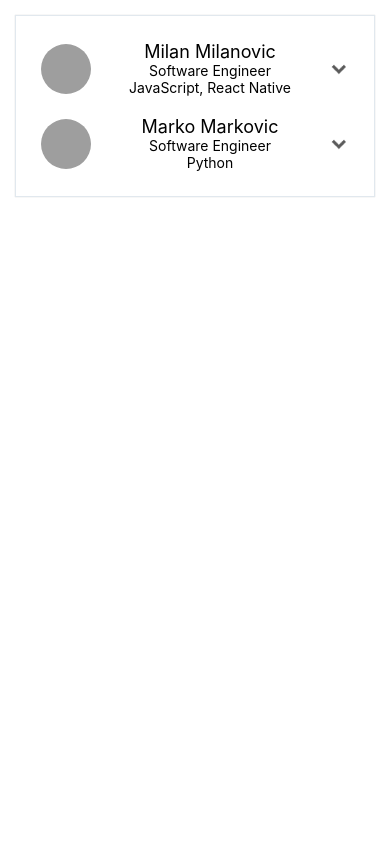
Repository: likanbl/intern-feature
Screen: /
The author's editor kept a copy of each file at every save. The screen is drawn from the files as they stood at one save, then again after the next save.
Pictures or frames that could not be fetched are drawn as grey boxes. The app was drawn by React Native's web renderer in a window 390 px wide. The project was rebuilt for these pictures with package versions that can differ from the ones it lists, and the page was loaded fresh each time.

Above is the screen before, as saved 2019-09-13 14:30:14.

### App.js
/**
 * Sample React Native App
 * https://github.com/facebook/react-native
 *
 * @format
 * @flow
 */

import React, {Component} from 'react';

import Home from './src/components/home/Home';

export default class App extends Component {
  render() {
    return <Home></Home>;
  }
}

### src/components/home/Home.js
import React, {Component} from 'react';
import {View, FlatList, Text, StyleSheet} from 'react-native';
import {Card} from 'react-native-elements';
import {HomeItem} from './HomeItem';

const Data = [
  {
    Name: 'Milan Milanovic',
    role: 'Software Engineer',
    skills: 'JavaScript, React Native',
    additionalInfo: 'Milan Milanovic description',
  },
  {
    Name: 'Marko Markovic',
    role: 'Software Engineer',
    skills: 'Python',
    additionalInfo: 'Marko Markovic description',
  },
];
export default class Home extends Component {
  renderItem = ({item}) => <HomeItem item={item} />;

  render() {
    return (
      <Card>
        <View style={StyleSheet.container}>
          <FlatList
            data={Data}
            renderItem={this.renderItem}
            keyExtractor={Data.id}
          />
        </View>
      </Card>
    );
  }
}

### src/components/home/HomeItem.js
import React, {Component} from 'react';
import {
  View,
  Text,
  Image,
  TouchableWithoutFeedback,
  StyleSheet,
} from 'react-native';
import PropTypes from 'prop-types';
import {images} from '../../assets/images';
import {Avatar} from 'react-native-elements';

const propTypes = {
  item: PropTypes.object,
};

class HomeItem extends Component {
  state = {
    isSelected: false,
  };

  onPress = () => {
    this.setState((prevState, prevProps) => ({
      isSelected: !prevState.isSelected,
    }));
  };

  renderDetails = () => (
    <View style={styles.titleContainer}>
      <Text style={styles.description}>{this.props.item.additionalInfo}</Text>
    </View>
  );

  render() {
    const {isSelected} = this.state;
    return (
      <View style={styles.container}>
        <TouchableWithoutFeedback onPress={this.onPress}>
          <View style={styles.titleContainer}>
            <Avatar
              size="medium"
              rounded
              source={{
                uri:
                  'https://s3.amazonaws.com/uifaces/faces/twitter/ladylexy/128.jpg',
              }}
            />
            <View style={styles.nameRole}>
              <Text style={styles.title}>{this.props.item.Name}</Text>
              <Text style={styles.role}>{this.props.item.role}</Text>
              <Text style={styles.role}>{this.props.item.skills}</Text>
            </View>
            <Image
              source={isSelected ? images.close : images.expand}
              style={styles.image}
            />
          </View>
        </TouchableWithoutFeedback>
        {isSelected && this.renderDetails()}
      </View>
    );
  }
}
HomeItem.propTypes = propTypes;

const styles = StyleSheet.create({
  nameRole: {
    flex: 1,
    alignItems: 'center',
    justifyContent: 'center',
  },
  container: {
    flex: 1,
    flexDirection: 'column',
    margin: 10,
  },
  titleContainer: {
    flexDirection: 'row',
    justifyContent: 'space-around',
    alignItems: 'center',
  },
  title: {
    flex: 1,
    fontSize: 18,
  },
  role: {
    flex: 1,
    fontSize: 14,
  },
  description: {
    flex: 1,
    fontSize: 22,
    color: 'gray',
    paddingTop: 10,
  },
  image: {
    width: 20,
    height: 20,
  },
});

export {HomeItem};

### src/assets/images.js
export const images = {
  expand: require('../../resources/expand.png'),
  close: require('../../resources/close.png'),
};

After the next save:
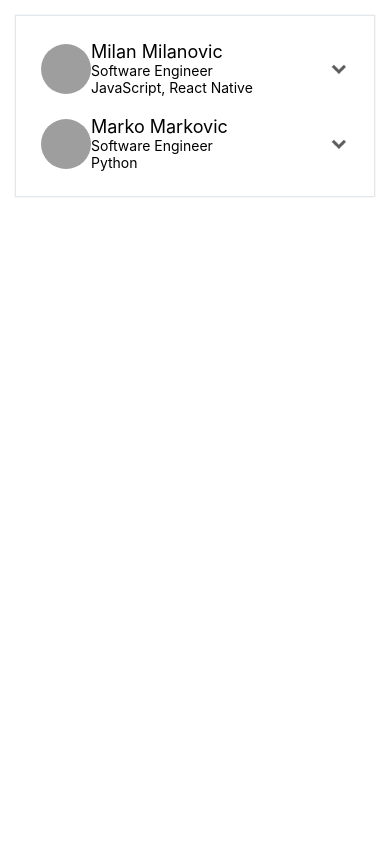
Saved 45 s later.
--- a/src/components/home/HomeItem.js
+++ b/src/components/home/HomeItem.js
@@ -66,7 +66,7 @@ HomeItem.propTypes = propTypes;
 const styles = StyleSheet.create({
   nameRole: {
     flex: 1,
-    alignItems: 'center',
+    alignItems: 'flex-start',
     justifyContent: 'center',
   },
   container: {
